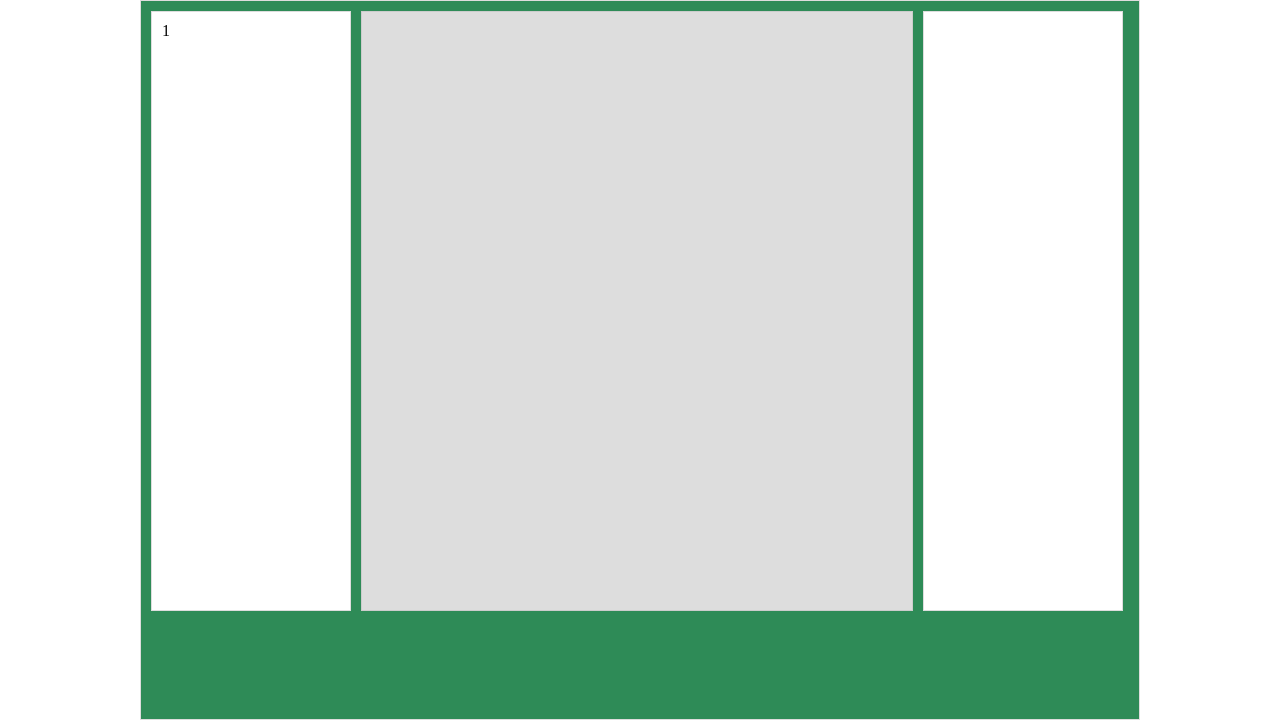
Repository: cw19931024/Demo
Page: drap.html
An editor plug-in stored every save of this project. The page is shown before and after the next save, followed by the edit.
The browser window is 1280 px wide. The pictures show the whole page.

Above is the page before, as saved 2017-07-26 17:03:37.

After the next save:
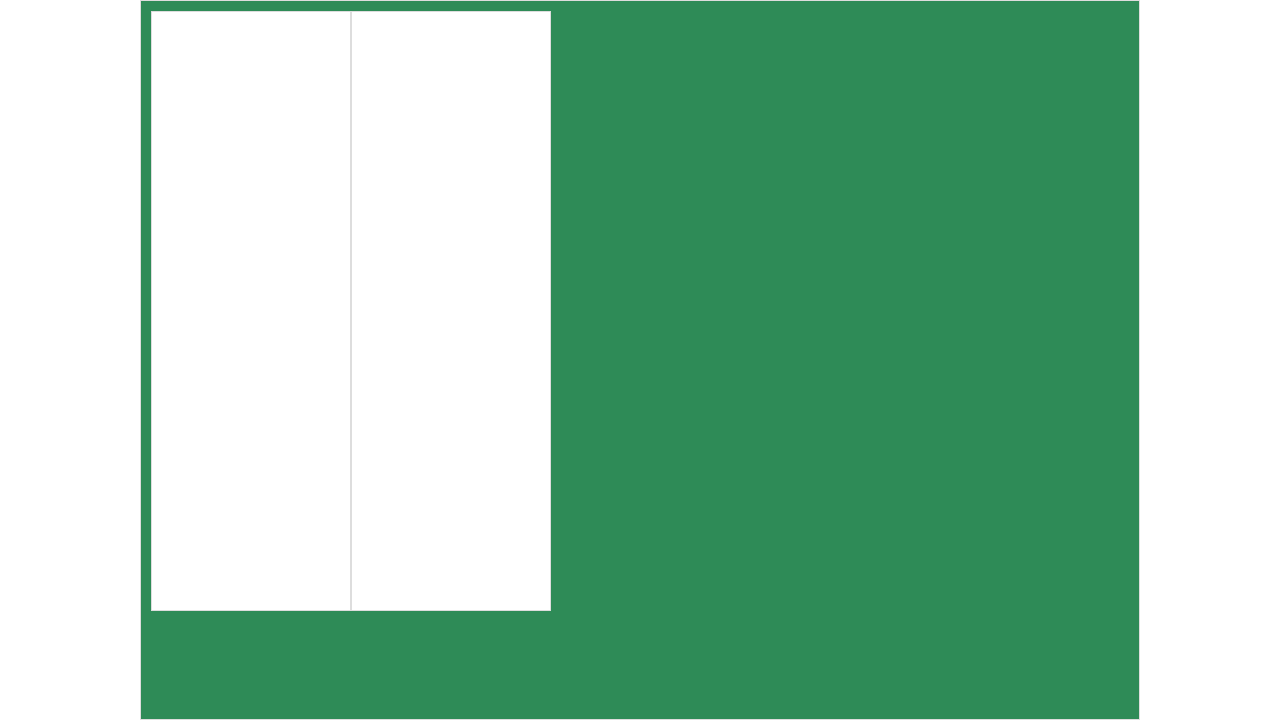
Saved 3 min 58 s later.
--- a/drap.html
+++ b/drap.html
@@ -48,11 +48,12 @@
 <body>
     <div class="container">
         <div class="input">
-            <div class="inputDiv" id="input-header" draggable="true" ondragstart="drap(event)">
+            <!-- <div class="inputDiv" id="input-header" draggable="true" ondragstart="drap(event)">
                 1
-            </div>
+            </div> -->
+            <div class="inputDiv" id="input-header" draggable="true" ondragstart="drap(event)"></div>
         </div>
-        <div id="content" ondrop="drop(event)" ondragover="allowDrop(event)"></div>
+        <!-- <div id="content" ondrop="drop(event)" ondragover="allowDrop(event)"></div> -->
         <div class="input">
 
         </div>
